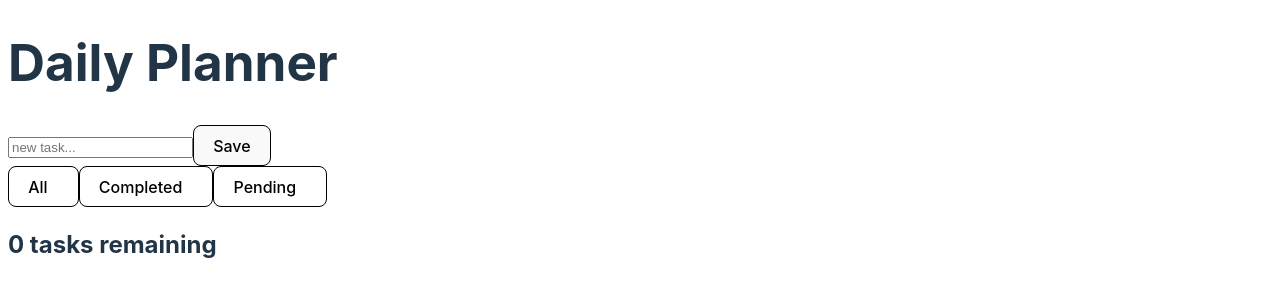
Repository: leslie179/labfour
Page: / (app in labfour/)
An editor plug-in stored every save of this project. The page is shown before and after the next save, followed by the edit.
The browser window is 1280 px wide. The pictures show the whole page.
The project was rebuilt for these pictures with package versions that can differ from the ones it lists, and the page was loaded fresh each time. Also part of the build but not shown: labfour/vite.config.js, labfour/src/components/Task.jsx.

Above is the page before, as saved 2024-10-27 19:48:26.

After the next save:
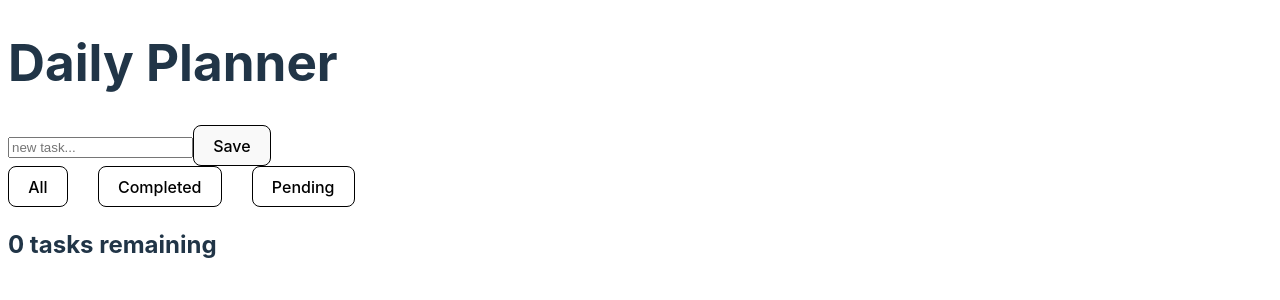
Saved 6 s later.
--- a/labfour/src/App.css
+++ b/labfour/src/App.css
@@ -23,7 +23,7 @@
 .filter-button{
   border: 1px solid black;
   background-color: white;
-  padding-right: 30px;
+  margin-right: 30px;
 }
 
 .completed {
